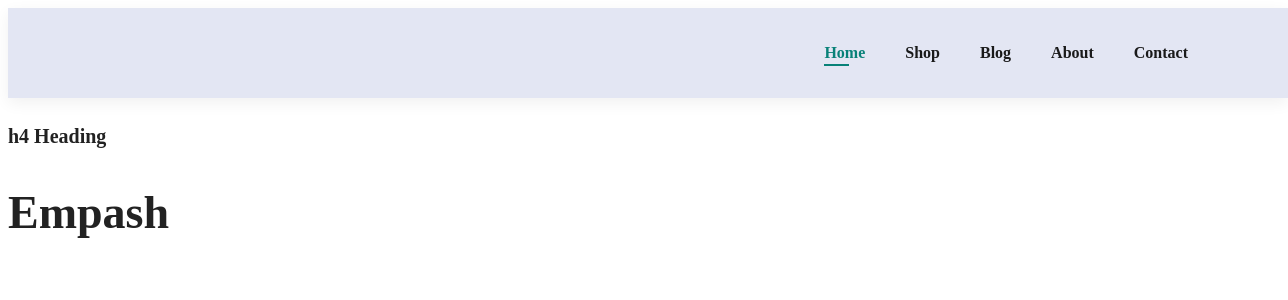
Repository: thecoachanna/lishas-layers
Page: index.html
The author's editor kept a copy of each file at every save. The page is drawn from the files as they stood at one save, then again after the next save.
The browser window is 1280 px wide. The page is 1288 px wide, so the pictures cover 1288 px, including what lies to the right of the window. The pictures show the whole page.

Above is the page before, as saved 2023-01-05 15:03:57.

After the next save:
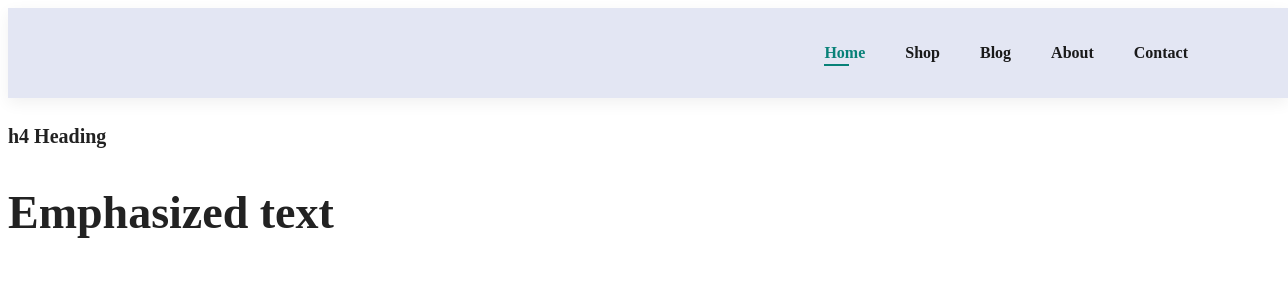
Saved 6 s later.
--- a/index.html
+++ b/index.html
@@ -23,7 +23,7 @@
 
     <section id="hero">
         <h4>h4 Heading</h4>
-        <h2>Empash</h2>
+        <h2>Emphasized text</h2>
     </section>
     <script src="script.js"></script>
 </body>
